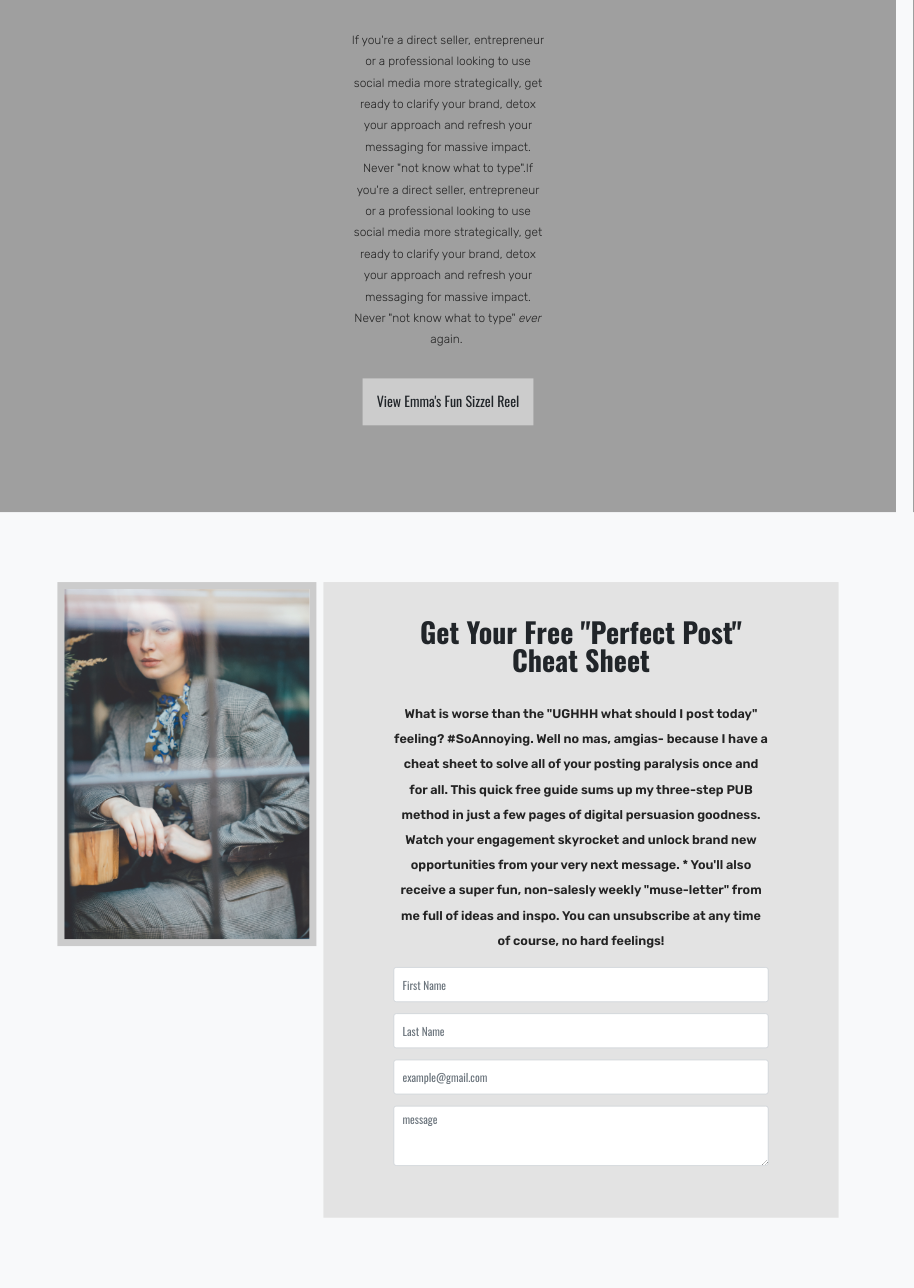
Repository: poroshrahman40/emma-watson-portfolio
Page: index.html
The author's editor kept a copy of each file at every save. The page is drawn from the files as they stood at one save, then again after a run of saves.
The browser window is 1280 px wide. The page is 1305 px wide, so the pictures cover 1305 px, including what lies to the right of the window. The pictures show the part of the page from y = 3661 to 5541 px (the page is 5501 px tall before and 5541 px after), at 70% of full size.
Some web fonts or font styles are not loaded; a fallback is used.

Above is the page before, as saved 2021-12-06 18:09:16.

### index.html

<!DOCTYPE html>
<html lang="en">
    <head>

        <meta charset="UTF-8">
        <meta name="viewport" content="width=device-width, initial-scale=1, shrink-to-fit=no">
        <title>Document</title>

        <!-- favicon -->
        <link rel="shortcut icon" type="image/hair-specialist-fav-icon" href="#">
        <!-- animate.min - css -->
        <link rel="stylesheet" href="assets/css/animate.css">
        <!-- animate - css -->
        <link rel="stylesheet" href="assets/css/animate.min.css">
        <!-- owl.carousel.min - css -->
        <link rel="stylesheet" href="assets/css/owl.carousel.min.css">
        <!-- owl.theme.default.min - css -->
        <link rel="stylesheet" href="assets/css/owl.theme.default.min.css">
        <!-- font-awesome all.css -->
        <link rel="stylesheet" href="assets/css/fontawesome-all.css">
        <!-- boxicons.css -->
        <link rel='stylesheet' href="assets/css/boxicons.min.css">
        <link href='https://unpkg.com/boxicons@2.1.1/css/boxicons.min.css' rel='stylesheet'>
        <!-- bootstrap.min - css -->
        <link rel="stylesheet" href="assets/css/bootstrap.min.css">
        <!-- silk-css -->
        <link rel="stylesheet" href="assets/css/slick.css">
        <!-- slick-theme.css -->
        <link rel="stylesheet" href="assets/css/slick-theme.css">
        <!-- main - css -->
        <link rel="stylesheet" href="assets/css/style.css">
        <!-- responsive - css -->
        <link rel="stylesheet" href="assets/css/responsive.css">

    </head>

    <body>
    <!-- preloader start -->
    <!-- <div id="preloader"></div> -->
    <!-- preloader end -->

    <!-- header -start
    ================================== -->
    <header class="ew-main">
        <div class="ew__main__content">
            <div class="ew__nav">
                <div class="ew__logo__div">
                    <a href="https://ow-en.com" title="" class="nav__link ew__snlogo">
                    <img class="logo w-100" src="assets/image/logo-gif.gif" alt="logo-not-found"></a>
                </div>
                <div class="container">
                    <div class="mobile__toggle" ontouchstart="">
                        <div class="mobile__toggle__container">
                            <div class="mobile__open">
                            </div>
                            <div class="mobile__close"></div>
                        </div>
                    </div>
                    <div id="mob__menu" class="nav__mobile__container nav__mobile__container__default">
                        <div class="container-fluid">
                            <div class="row center">
                                <div class="col col__sm">
                                    <ul class="nav__list">
                                        <li class="nav__list-1">
                                            <a class="nav__link nav__link__selected nav__list__link" href="#">Home</a>
                                        </li>
                                        <li class="nav__list-2">
                                            <a class="nav__link nav__list__link" href="#">Books</a>
                                        </li>
                                        <li class="nav__list-3">
                                            <a class="nav__link nav__list__link" href="#">Info.</a>
                                        </li>
                                        <li class="nav__list-4">
                                            <a class="nav__link nav__list__link" href="#">Course</a>
                                            <!-- nav__link__selected -->
                                        </li>
                                    </ul>
                                </div>
                                <div class="col col__sm">
                                    <ul class="nav__list nav__list__rightaligned">
                                        <li class="nav__list-5">
                                            <a class="nav__link nav__list__link" href="#">Keyword</a>
                                        </li>
                                        <li class="nav__list-6">
                                            <a class="nav__link nav__list__link" href="#">Brodcast</a>
                                        </li>
                                        <li class="nav__list-7">
                                            <a class="nav__link nav__list__link" href="#">Contact</a>
                                        </li>
                                        <li class="nav__list-8">
                                            <a class="nav__link nav__list__link" href="#">Blog</a>
                                        </li>
                                    </ul>
                                </div>
                            </div>
                        </div>
                    </div>
                </div>
            </div>
            <!-- <div class="content">
                <h1>A very simple responsive menu with the logo in the middle</h1>
              <h2>Feel free to use this menu however you'd like. No need to give credit. However, please <strong><a href="https://ow-en.com">consider hiring me :)</strong></h2>
            </div> -->
        </div>
    </header>
    <!-- Banner section - start
    ================================ -->


        <div id="ew-banner" class="ew-banner">
            <div class="container">
                <div class="row">
                    <div class="col-lg-12 offset-1">
                        <div class="ew-hero-image">
                            <img src="assets/image/hero-image.png" alt="hero-image">
                        </div>
                        <div class="ew-hero-right-content">
                            <span> Hey,There</span>
                            <h4>Lorem ipsum, dolor sit amet consectetur adipisicing elit. Similique, aut.</h4>
                            <div class="ew-link d-flex mt-4">
                                <i class='bx bx-link fa-2x me-2'></i><a href="#"><p>See my motivational speach.You're Kind of a Big Deal: Level Up by Unlocking Your Audacity.</p></a>
                            </div>
                            <div class="ew-link d-flex">
                                <i class='bx bx-link fa-2x me-2'></i><a href="#"><p>See my motivational speach.You're Kind of a Big Deal: Level Up by Unlocking Your Audacity.</p></a>
                            </div>
                            <div class="ew-link d-flex mb-4">
                                <i class='bx bx-link fa-2x me-2'></i><a href="#"><p>See my motivational speach.You're Kind of a Big Deal: Level Up by Unlocking Your Audacity.</p></a>
                            </div>
                            <div class="ew-hero-right-btn">
                                <a href="#">See More About Me</a>
                            </div>
                        </div>
                    </div>
                </div>
            </div>
        </div>


<!-- Banner section - End
================================ -->

<!-- virtual-presentations - start
======================================== -->
    <section id="ew-virtual-presentation">
        <div class="container-fuild">
            <div class="row">
                <div class="col-lg-12 text-center">
                    <div class="ew-vairtul-content">
                        <h2 class="mb-40">Live and Virtual Presentations <br> That Rock </h2>
                        <p class="">Whether we're talking about the pulsing energy of a packed convention center or a virtual gathering, Erin will delight and wow your attendees with one of her two signature keynotes:&nbsp;<br><br>SALES/LEADERSHIP: Digital Persuasion- Ignite Your Influence&nbsp;<br>SUCCESS MINDSET: Big Deal Energy- Unlock Your Audacity&nbsp;<br><br>Both high-energy, motivational and story-packed with a clear takeaway method to be applied for immediate impact and tangible results.&nbsp;<br></p>
                        <div class="ew-virtual-btn mb-4">
                            <button><a href="#">View Emma's Fun Sizzel Reel</a></button>
                        </div>
                        <div class="ew-virtual-btn">
                            <button><a href="#">View Emma watson's RAW just The steak Speaking Reel</a></button>
                        </div>

                    </div>
                </div>
            </div>
        </div>
    </section>

<!-- virtual-presentations - End
========================================== -->

<!-- virtual keynotes - start
======================================== -->

<section id="ew-virtual-keynotes">
    <div class="container">
        <div class="row">
            <div class="col-lg-6">
                <div class="ew-virtual-vedio">
                    <img src="assets/image/keynotes-image.png" alt="keynotes-image">
                    <div class="keynotes-overlay ew-icon-position">
                        <a href="#"><i class='bx bx-play fa-2x' style='color:#e0e0e0'></i></a>
                    </div>
                </div>
            </div>
            <div class="col-lg-6 d-flex align-items-center">
                <div class="ew-keynotes-content">
                    <span>Lorem ipsum dolor sit amet</span>
                    <h1>Lorem ipsum dolor sit amet consectetur Lorem ipsum dolor sit amet consectetur.</h1>
                    <p>Whether we're talking about your executive leadership team, your sales force, your internal marketing mavens or your entire organization- let's energize and inspire them to show up big. Because, let's be real, we all need to up our game these days to not just survive, but THRIVE.</p>
                    <button class="ew-keynotes-btn">
                        <a href="#">Describe More Now</a>
                    </button>
                </div>
            </div>
        </div>
    </div>
</section>

<!-- virtual keynotes - End
======================================== -->

<!-- Treat yourself - Start
======================================= -->
<section id="ew-treat-yourself">
    <div class="container">
        <div class="ew-img-row">
            <div class="row">
                <div class="col-lg-4 col-md-4 col-sm-12">
                    <img src="assets/image/treat-yourself.png" alt="treat-image">
                </div>
                <div class="col-lg-4 col-md-4 col-sm-12">
                    <img src="assets/image/treat-yourself-2.png" alt="treat-image">
                </div>
                <div class="col-lg-4 col-md-4 col-sm-12">
                    <img src="assets/image/treat-yourself-3.png" alt="treat-image">
                </div>
            </div>
        </div>
    </div>
    <div class="container-fuild">
        <div class="ew-treat-content">
            <div class="row">
                <div class="col-lg-12 text-center">
                    <div class="ew-treat-details">
                        <span>Lorem ipsum dolor sit amet consectetur <br> adipisicing elit. Nulla.</span>
                        <h1 class="mb-40">YES, TAKE ME FOR A SPA DAY <br> Treat Yourself to The Social Media Spa</h1>
                        <p class="se-t sie-spa_4-text st-m-paragraph st-d-paragraph se-rc">If you're a direct seller, entrepreneur or a professional looking to use social media more strategically, get ready to clarify your brand, detox your approach and refresh your messaging for massive impact. Never "not know what to type".If you're a direct seller, entrepreneur or a professional looking to use social media more strategically, get ready to clarify your brand, detox your approach and refresh your messaging for massive impact. Never "not know what to type" <i>ever</i> again.&nbsp;</p>
                        <div class="ew-treat-btn mb-4">
                            <button><a href="#">View Emma's Fun Sizzel Reel</a></button>
                        </div>
                    </div>
                </div>
            </div>
        </div>
    </div>
</section>


<!-- Treat yourself - End
========================================= -->
<!-- Get offer - start
======================================== -->

<section id="ew-get-free-offer">
    <div class="container">
        <div class="row">
            <div class="col-lg-4">
                <div class="ew-cheet-seet">
                    <img src="assets/image/cheet-seet-side-image.png" alt="image-not-found">
                </div>
            </div>
            <div class="col-lg-8 text-center">
                <div class="ew-get-offer-card">
                    <div class="ew-offer-title mb-40">
                        <h1>Get Your Free "Perfect Post" <br> Cheat Sheet</h1>
                    </div>
                    <p>What is worse than the "UGHHH what should I post today" feeling? #SoAnnoying. Well no mas, amgias- because I have a cheat sheet to solve all of your posting paralysis once and for all. This quick free guide sums up my three-step PUB method in just a few pages of digital persuasion goodness.
Watch your engagement skyrocket and unlock brand new opportunities from your very next message.
* You'll also receive a super fun, non-salesly weekly "muse-letter" from me full of ideas and inspo. You can unsubscribe at any time of course, no hard feelings! </p>

                    <div class="ew-cheet-seet-form text-start">
                        <div class="mb-3">
                            <!-- <label for="exampleFormControlInput1" class="form-label">First Name</label> -->
                            <input type="name" class="form-control" id="exampleFormControlInput1" placeholder="First Name">
                        </div>
                        <div class="mb-3">
                            <!-- <label for="exampleFormControlInput1" class="form-label">Last Name</label> -->
                            <input type="name" class="form-control" id="exampleFormControlInput1" placeholder="Last Name">
                        </div>
                        <div class="mb-3">
                            <!-- <label for="exampleFormControlInput1" class="form-label">Last Name</label> -->
                            <input type="email" class="form-control" id="exampleFormControlInput1" placeholder="example@gmail.com">
                        </div>
                        <div class="mb-3">
                            <!-- <label for="exampleFormControlTextarea1" class="form-label">Example textarea</label> -->
                            <textarea type="text" class="form-control" id="exampleFormControlTextarea1" placeholder="message" rows="3"></textarea>
                        </div>
                        <div class="mb-4">

                        </div>
                    </div>
                </div>
            </div>
        </div>
    </div>

</section>

<!-- Get offer - end
======================================== -->



    <!-- footer section - Start
    ============================== -->




    <!-- Footer section - End
    ============================= -->



    <!-- jquery-3.5.0.min - js -->
    <script src="assets/js/jquery-3.5.0.min.js"></script>
    <!-- .magnific-popup -->
    <script src="assets/js/jquery.magnific-popup.min.js"></script>
    <!-- bootstrap.min - js -->
    <script src="assets/js/bootstrap.min.js"></script>
    <!-- bootstrap - bundle min.js -->
    <script src="assets/js/bootstrap.bundle.min.js"></script>
    <!-- bootstrap - bundl.js -->
    <script src="assets/js/bootstrap.bundle.js"></script>
    <!-- boxicons - js -->
    <script src="assets/js/boxicons.js"></script>
    <!-- popper.min - js -->
    <script src="assets/js/popper.min.js"></script>
    <!-- owl.carousel.min - js -->
    <script src="assets/js/owl.carousel.min.js"></script>
    <!-- wow.min - js -->
    <script src="assets/js/wow.min.js"></script>
    <!-- silk - js -->
    <script src="assets/js/slick.min.js"></script>
    <!-- main - js -->
    <script src="assets/js/main.js"></script>

</body>
</html>

Loaded but not shown: assets/css/animate.css (library); assets/css/animate.min.css (library); assets/css/owl.carousel.min.css (library); assets/css/owl.theme.default.min.css (common file); assets/css/fontawesome-all.css (library); assets/css/bootstrap.min.css (library); assets/css/slick.css (common file); assets/css/slick-theme.css (library); assets/js/jquery-3.5.0.min.js (library); assets/js/jquery.magnific-popup.min.js (library); assets/js/bootstrap.min.js (library); assets/js/bootstrap.bundle.min.js (library); assets/js/bootstrap.bundle.js (library); assets/js/popper.min.js (library); assets/js/owl.carousel.min.js (library); assets/js/wow.min.js (library); assets/js/slick.min.js (library); assets/js/main.js (14 lines, source omitted); assets/css/responsive.css (904 lines, source omitted); assets/css/style.css (619 lines, source omitted)

After the next 10 saves:
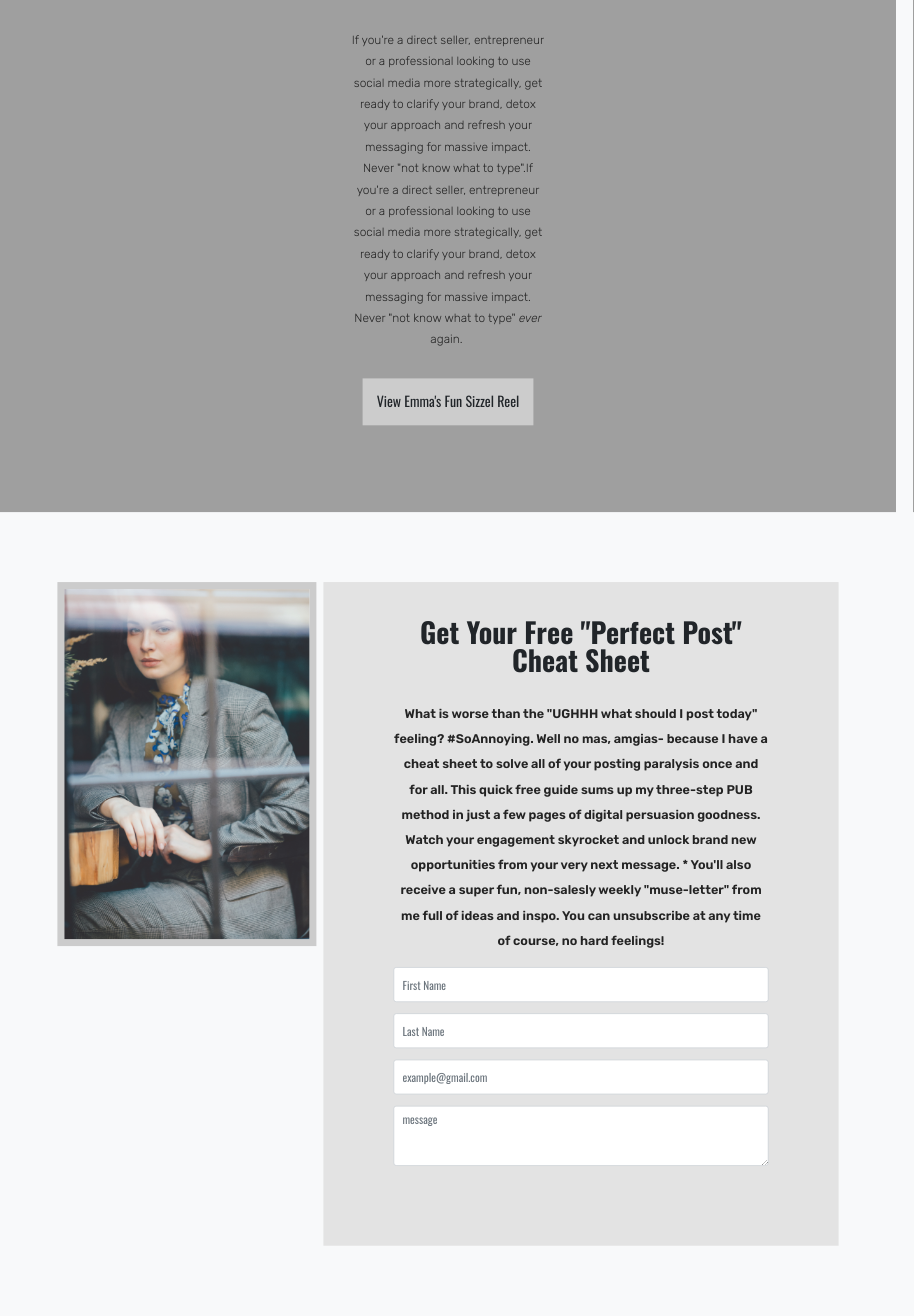
The 10 saves are shown as one change because they came seconds apart.
The last was saved 22 s later.
--- a/index.html
+++ b/index.html
@@ -273,7 +273,9 @@ Watch your engagement skyrocket and unlock brand new opportunities from your ver
                             <textarea type="text" class="form-control" id="exampleFormControlTextarea1" placeholder="message" rows="3"></textarea>
                         </div>
                         <div class="mb-4">
-
+                            <button class="ew-">
+                                <a href="#"></a>
+                            </button>
                         </div>
                     </div>
                 </div>
